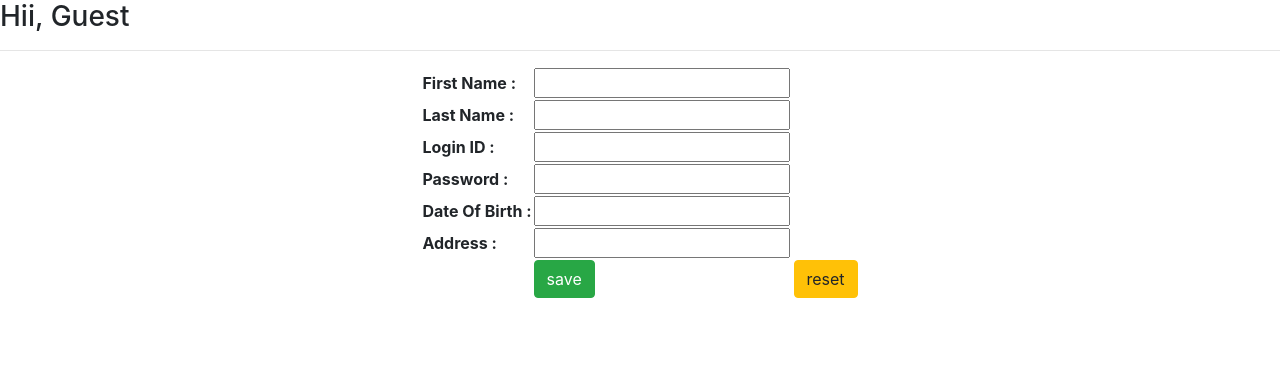
Repository: NikhilKhandait/Spring_MVC
Page: http://localhost/spring-mvc/WEB-INF/pages/UserView.jsp
These files come from the project's save history. The page is drawn as it stood at one moment and after the next save; the edit follows.
The browser window is 1280 px wide. The pictures show the whole page.
Some web libraries are served in a nearby version. The page is served by Tomcat 9. Nobody is signed in. The template is opened directly, without the code that normally fills it, so the values that code supplies are empty.

Above is the page before, as saved 2024-05-24 06:37:40.

After the next save:
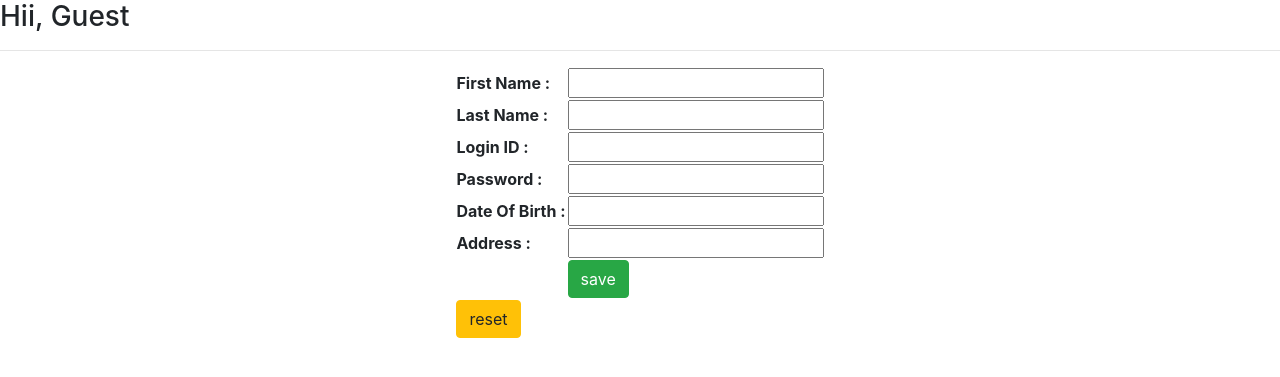
Saved 48 s later.
--- a/New folder/Spring-mvc/spring-mvc/src/main/webapp/WEB-INF/pages/UserView.jsp
+++ b/New folder/Spring-mvc/spring-mvc/src/main/webapp/WEB-INF/pages/UserView.jsp
@@ -49,8 +49,9 @@
 				<tr>
 					<th></th>
 					<td><input type="submit" name="operation" class="btn btn-success" value="save"></td>
-					<th></th>
-					<td><input type="submit" name="operation" class="btn btn-warning" value="reset"></td>
+				</tr>
+				<tr>
+				<td><input type="submit" name="operation" class="btn btn-warning" value="reset"></td>
 				</tr>
 			</table>
 		</div>
